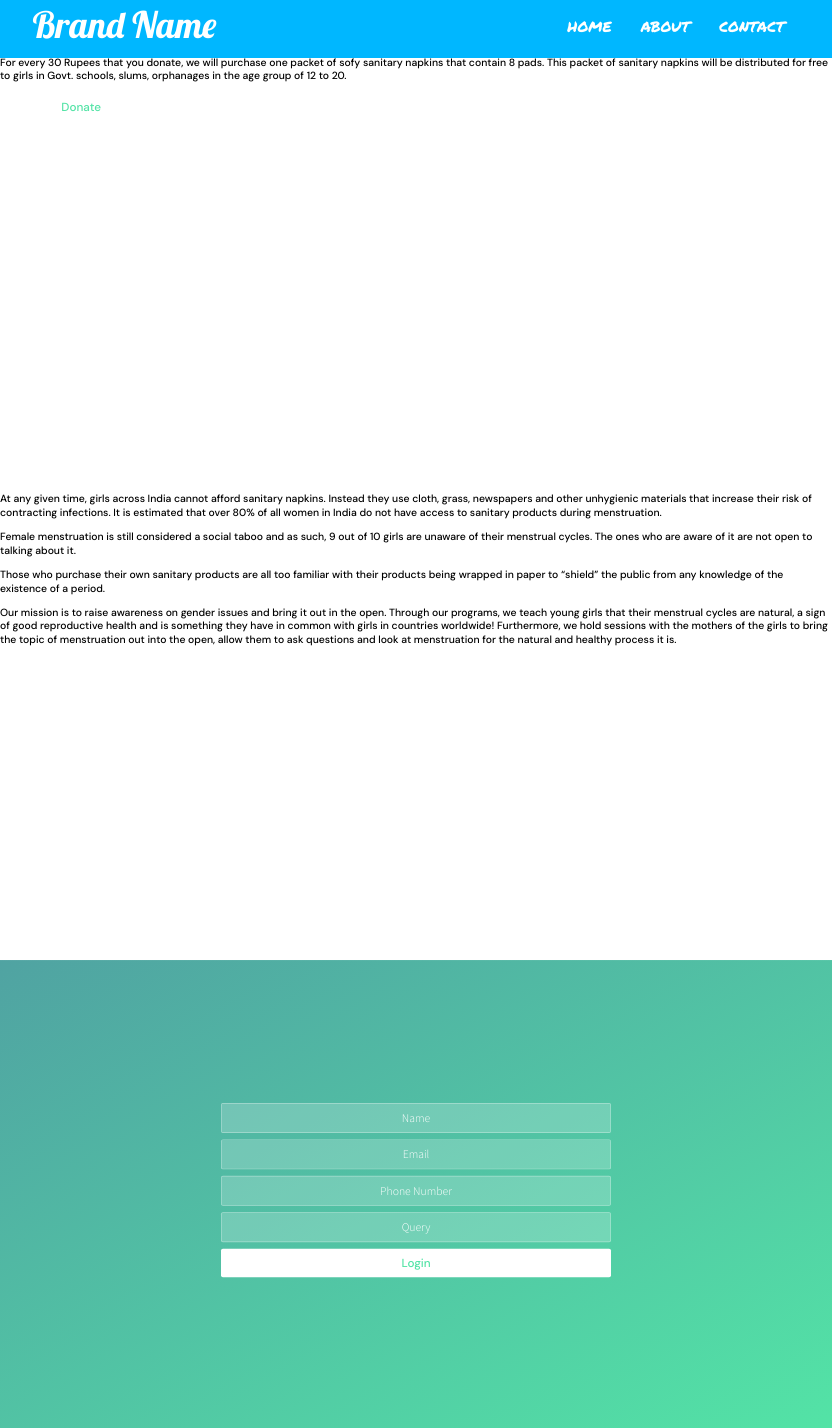
Repository: Jrap-bit/PeriodofSharing
Page: index.html
These files come from the project's save history. The page is drawn as it stood at one moment and after the next save; the edit follows.
The browser window is 1280 px wide. The pictures show the whole page, at 65% of full size.

Above is the page before, as saved 2022-01-15 13:09:27.

### index.html
<!DOCTYPE html>
<html lang="en">
  <head>
    <meta charset="UTF-8" />
    <meta http-equiv="X-UA-Compatible" content="IE=edge" />
    <meta name="viewport" content="width=device-width, initial-scale=1.0" />
    <link rel="stylesheet" href="style.css" />
    <title>#PeriodofSharing</title>
  </head>
  <body>
    <nav class="navbar">
      <div class="brand-title">Brand Name</div>
      <a href="#" class="toggle-button">
        <span class="bar"></span>
        <span class="bar"></span>
        <span class="bar"></span>
      </a>
      <div class="navbar-links">
        <ul>
          <li><a href="#Home">HOME</a></li>
          <li><a href="#About">ABOUT</a></li>
          <li><a href="#Contact">CONTACT</a></li>
        </ul>
      </div>
    </nav>
    <div id="Home" class="home">
      <h1>#PeriodofSharing</h1>
      <p>
        For every 30 Rupees that you donate, we will purchase one packet of sofy
        sanitary napkins that contain 8 pads. This packet of sanitary napkins
        will be distributed for free to girls in Govt. schools, slums,
        orphanages in the age group of 12 to 20.
      </p>
      <div>
        <a href="Donate.html"><button class="donate-button">Donate</button></a>
      </div>
    </div>
    <div id="About" class="about">
      <p>
        At any given time, girls across India cannot afford sanitary napkins.
        Instead they use cloth, grass, newspapers and other unhygienic materials
        that increase their risk of contracting infections. It is estimated that
        over 80% of all women in India do not have access to sanitary products
        during menstruation.
      </p>
      <p>
        Female menstruation is still considered a social taboo and as such, 9
        out of 10 girls are unaware of their menstrual cycles. The ones who are
        aware of it are not open to talking about it.
      </p>
      <p>
        Those who purchase their own sanitary products are all too familiar with
        their products being wrapped in paper to “shield” the public from any
        knowledge of the existence of a period.
      </p>
      <p>
        Our mission is to raise awareness on gender issues and bring it out in
        the open. Through our programs, we teach young girls that their
        menstrual cycles are natural, a sign of good reproductive health and is
        something they have in common with girls in countries worldwide!
        Furthermore, we hold sessions with the mothers of the girls to bring the
        topic of menstruation out into the open, allow them to ask questions and
        look at menstruation for the natural and healthy process it is.
      </p>
    </div>
    <div class="contact" id="Contact">
      <div class="wrapper">
        <div class="container">
          <form class="form">
            <input type="text" placeholder="Name" />
            <input type="text" placeholder="Email" />
            <input type="text" placeholder="Phone Number" />
            <input type="text" placeholder="Query" />
            <button type="submit" id="login-button">Login</button>
          </form>
        </div>
      </div>
    </div>
  </body>
</html>

### style.css
@import url('https://fonts.googleapis.com/css2?family=DM+Sans:wght@500&display=swap');
@import url('https://fonts.googleapis.com/css2?family=Bebas+Neue&family=Lobster&family=Permanent+Marker&display=swap');
@import url('https://fonts.googleapis.com/css?family=Source+Sans+Pro:200,300');


* {
    box-sizing: border-box;
    font-family: 'DM Sans', sans-serif;
    font-weight: 300;
}

body {
    margin: 0;
    padding: 0;
    font-family: 'Source Sans Pro', sans-serif;
	 color: black;
	 font-weight: 300;
}

body ::-webkit-input-placeholder {
    font-family: 'Source Sans Pro', sans-serif;
    color: white;
    font-weight: 300;
}
body :-moz-placeholder {
    font-family: 'Source Sans Pro', sans-serif;
    color: white;
    opacity: 1;
    font-weight: 300;
}
body ::-moz-placeholder {
    font-family: 'Source Sans Pro', sans-serif;
    color: white;
    opacity: 1;
    font-weight: 300;
}
body :-ms-input-placeholder {
    font-family: 'Source Sans Pro', sans-serif;
    color: white;
    font-weight: 300;
}
.wrapper {
    background: #50a3a2;
    background: -webkit-linear-gradient(top left,#50a3a2 0%,#53e3a6 100%);
    background: -moz-linear-gradient(top left,#50a3a2 0%,#53e3a6 100%);
    background: -o-linear-gradient(top left,#50a3a2 0%,#53e3a6 100%);
    background: linear-gradient(to bottom right,#50a3a2 0%,#53e3a6 100%);
    position: absolute;
    left: 0;
    width: 100%;
    height: 100vh;
    overflow: hidden;
}
.wrapper.form-success .container h1 {
    transform: translateY(85px);
}
.container {
    max-width: 600px;
    margin: 0 auto;
    padding: 80px 0;
    height: 400px;
    text-align: center;
}
.container h1 {
    font-size: 40px;
    transition-duration: 1s;
    transition-timing-function: ease-in-put;
    font-weight: 200;
}
form {
    margin-top: 20%;
    padding: 20px 0;
    position: relative;
    z-index: 2;
}
form input {
    display: block;
    appearance: none;
    outline: 0;
    border: 1px solid rgba(255,255,255,0.4);
    background-color: rgba(255,255,255,0.2);
    width: 100%;
    border-radius: 3px;
    padding: 10px 15px;
    margin: 0 auto 10px auto;
    text-align: center;
    font-size: 18px;
    color: white;
    transition-duration: 0.25s;
    font-weight: 300;
}
form input:hover {
    background-color: rgba(255,255,255,0.4);
}
form input:focus {
    background-color: white;
    width: 120%;
    color: #53e3a6;
}
form button {
    appearance: none;
    outline: 0;
    background-color: white;
    border: 0;
    padding: 10px 15px;
    color: #53e3a6;
    border-radius: 3px;
    width: 100%;
    cursor: pointer;
    font-size: 18px;
    transition-duration: 0.25s;
}
form button:hover {
    background-color: #f5f7f9;
}

html{
    scroll-behavior: smooth;
}

.donate-button{
    appearance: none;
    outline: 0;
    background-color: white;
    border: 0;
    padding: 10px 15px;
    color: #53e3a6;
    border-radius: 3px;
    width: 250px;
    cursor: pointer;
    font-size: 18px;
    transition-duration: 0.25s;
}
.donate-button:hover{
    background-color: #f5f7f9;
}

.navbar{
    display: flex;
    justify-content: space-between;
    align-items: center;
    background-color: rgb(0, 183, 255);
    color: white;
    width: 100%;
    margin-top: -30px;
    position: fixed;
}

.brand-title{
    font-family: 'Lobster', cursive;
    font-size: 3.5rem;
    margin: 10px 50px;
    margin-bottom: 15px;

}

.navbar-links ul{
    margin: 10px 50px 10px 50px;
    display: flex;
}

.navbar-links li {
    font-family: 'Permanent Marker', cursive;
    font-weight: bold;
    list-style: none;
    font-size: 1.4rem;

}

.navbar-links li a{
    font-family: 'Permanent Marker', cursive;
    text-decoration: none;
    color: white;
    padding: 1.4rem;
    display: block;
}

.navbar-links li:hover{
    background-color: rgb(1, 54, 75);
}

.toggle-button {
    position: absolute;
    top: .75rem;
    right: 1rem;
    display: none;
    flex-direction: column;
    justify-content: space-between;
    width: 30px;
    height: 21px;
}

.toggle-button .bar{
    height: 3px;
    width: 100%;
    background-color: white;
    border-radius: 10px;
}
.about{
    height: 100vh;

}

.home{
    height: 100vh;
}

@media (max-width: 800px) {
    .toggle-button{
        display: flex;
    }
    .navbar-links{
        display: none;
        width: 100%;
    }

    .navbar{
        flex-direction: column;
        align-items: flex-start;
    }

    .navbar-links ul {
        flex-direction: column;
        width: 100%;

    }

    .navbar-links li{
        text-align: center;
    }

    .navbar-links li a{
        padding: 0.5rem 1rem;
    }

    .navbar-links.active{
        display: flex;
    }

    .toggle-button:hover{
        background-color: #666;
    }
}

After the next save:
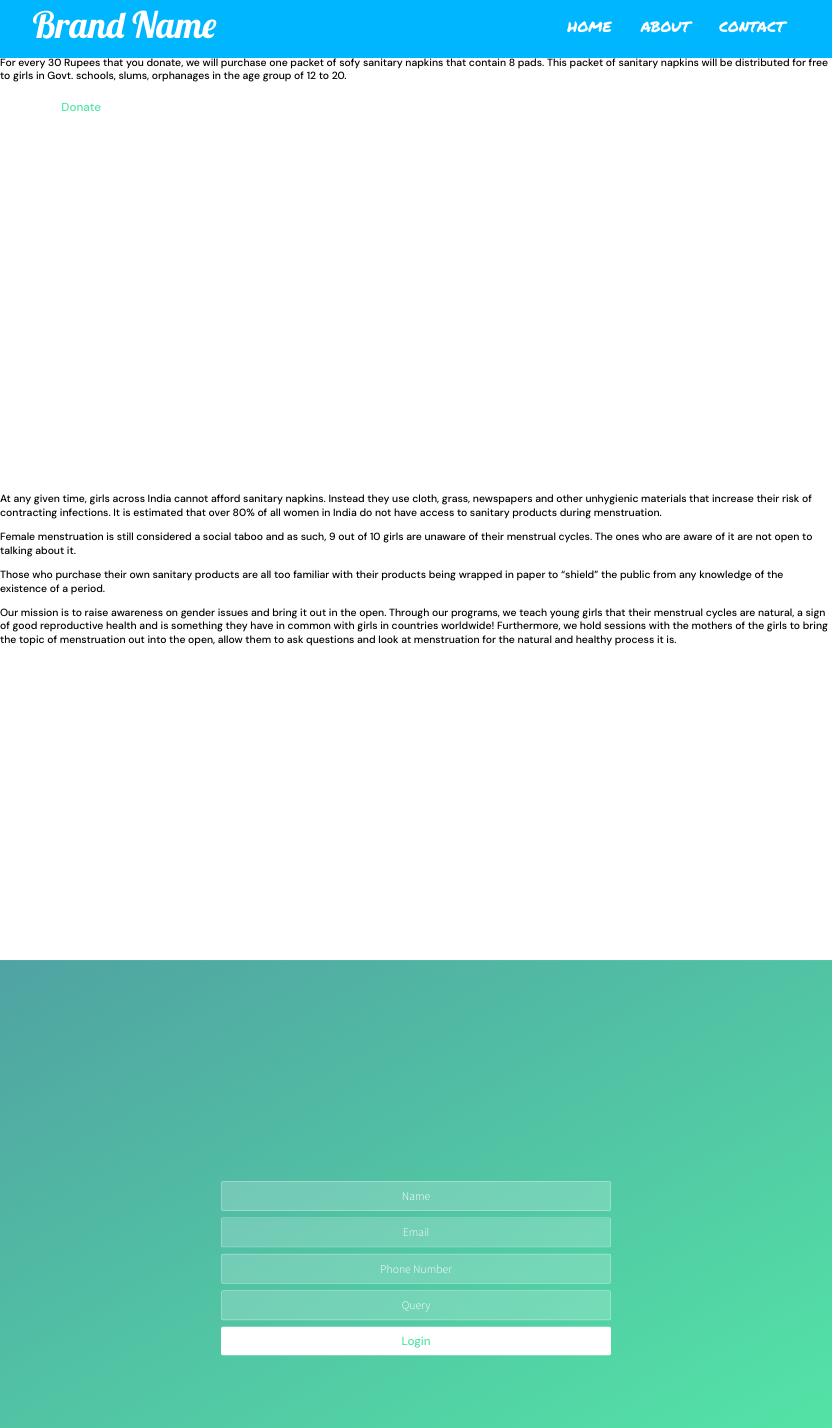
Saved 6 s later.
--- a/style.css
+++ b/style.css
@@ -68,7 +68,7 @@ body :-ms-input-placeholder {
     font-weight: 200;
 }
 form {
-    margin-top: 20%;
+    margin-top: 40%;
     padding: 20px 0;
     position: relative;
     z-index: 2;
